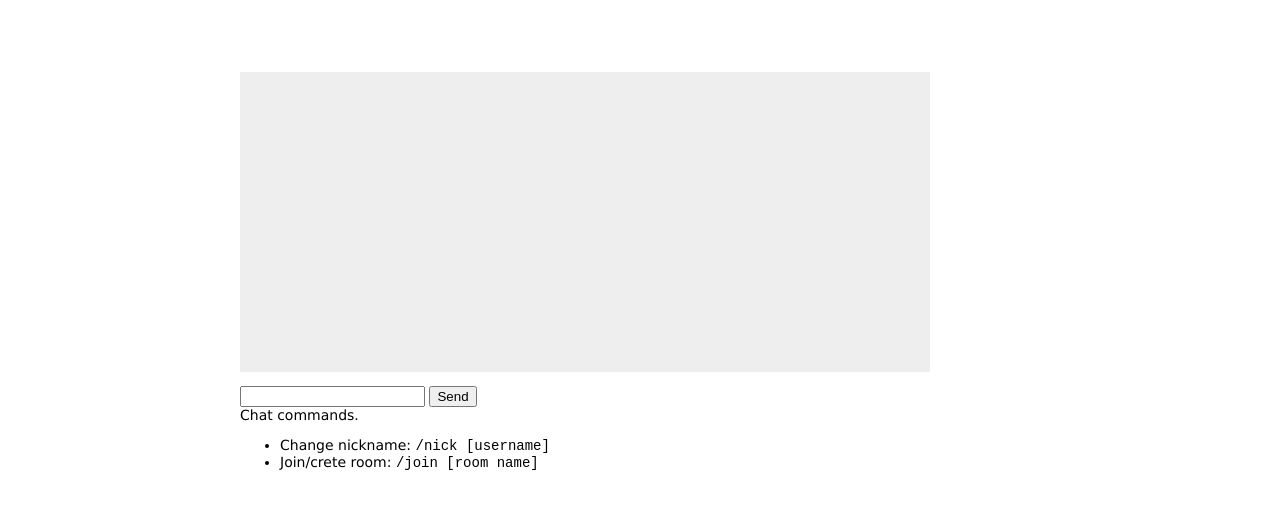
Repository: Kiki-Q/node-demo
Page: service/public/index.html
The author's editor kept a copy of each file at every save. The page is drawn from the files as they stood at one save, then again after the next save.
The browser window is 1280 px wide. The pictures show the whole page.
Some web libraries are served in a nearby version.

Above is the page before, as saved 2020-08-21 18:07:02.

### service/public/index.html
<!DOCTYPE html>
<html lang="en">
<head>
    <meta charset="UTF-8">
    <meta name="viewport" content="width=device-width, initial-scale=1.0">
    <meta http-equiv="X-UA-Compatible" content="ie=edge">
    <link rel="stylesheet" href="./stylesheets/style.css">
    <title>Chat</title>
</head>
<body>
    <div id="content">
        <div id="room"></div>
            <div id="room-list"></div>
            <div id="messages"></div>

        <form action="" id="send-form">
            <input type="text" id="send-message">
            <input type="submit" id="send-button" value='Send'>

            <div id="help">
                Chat commands.
                <ul>
                    <li>Change nickname: <code>/nick [username]</code></li>
                    <li>Join/crete room: <code>/join [room name]</code></li>
                </ul>
            </div>
        </form>
    </div>
</body>
<script src='https://cdnjs.cloudflare.com/ajax/libs/socket.io/2.3.0/socket.io.js'></script>

</html>

### service/public/stylesheets/style.css
body {
    padding: 50px;
    font: 14px "Lucida Grande", Helvetica, Arial, sans-serif;
}

a {
    color: #00B7FF;
}

#content {
    width: 800px;
    margin-left: auto;
    margin-right: auto;
}

#room {
    background-color: #ddd;
    margin-bottom: 1em;
}

#messages {
    width: 690px;
    height: 300px;
    overflow: auto;
    background-color: #eee;
    margin-bottom: 1em;
    margin-right: 10px;
}

After the next save:
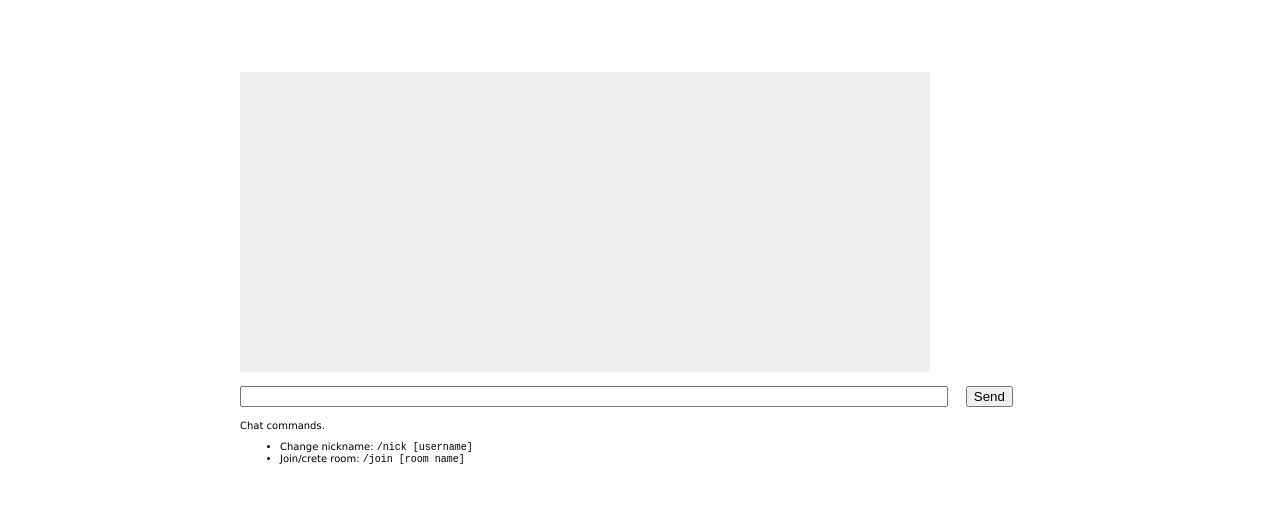
Saved 4 days later.
--- a/service/public/stylesheets/style.css
+++ b/service/public/stylesheets/style.css
@@ -26,3 +26,21 @@ a {
     margin-bottom: 1em;
     margin-right: 10px;
 }
+
+#room-list div {
+    border-bottom: 1px solid #eee;
+}
+
+#room-list div:hover {
+    background-color: #ddd;
+}
+
+#send-message {
+    width:700px;
+    margin-bottom: 1em;
+    margin-right:  1em;
+}
+
+#help {
+    font:10px "Lucida Grande", Helvetica, Arial, sans-serif;
+}
